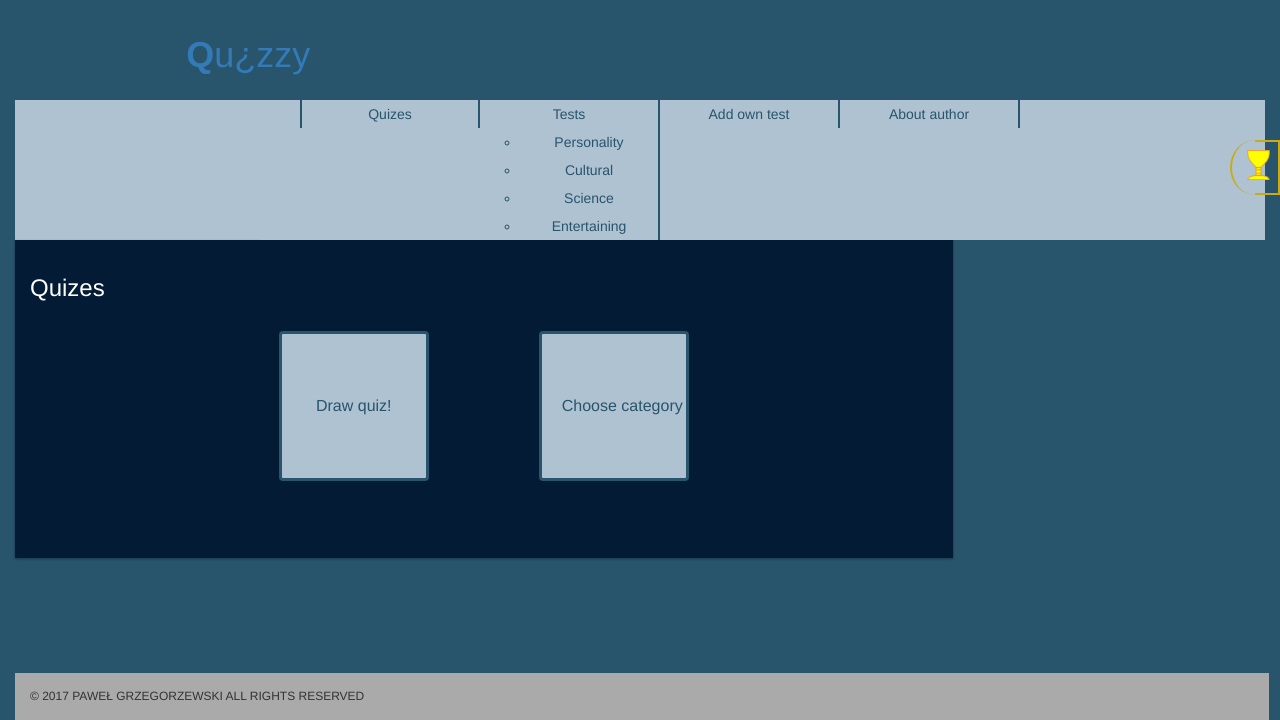
Repository: pgrzegorzewski/quiz
Page: http://localhost/app/quiz.php
These files come from the project's save history. The page is drawn as it stood at one moment and after the next save; the edit follows.
The browser window is 1280 px wide. The pictures show the whole page.
Some web libraries are served in a nearby version. The page is run by PHP 8.4 with error messages shown; the project is at /var/www/html/.

Above is the page before, as saved 2017-04-21 20:25:20.

### htdocs/app/learningapp/app/quiz.php
<!DOCTYPE html>
<html>
<head>
	<meta name="viewport" content="width=device-width, initial-scale=1.0">
	<meta http-equiv="content-type" content="text/html; charset=utf-8">
	<meta charset="utf-8">
	<link rel="stylesheet" href="https://maxcdn.bootstrapcdn.com/bootstrap/3.3.7/css/bootstrap.min.css">
	<script src="https://ajax.googleapis.com/ajax/libs/jquery/3.1.1/jquery.min.js"></script>
	<script src="https://maxcdn.bootstrapcdn.com/bootstrap/3.3.7/js/bootstrap.min.js"></script>
	<link href="https://fonts.googleapis.com/css?family=Lato" rel="stylesheet">
	<link rel="StyleSheet" href="../css/index.css" />
	<link rel="StyleSheet" href="../css/question.css" />
	<link rel="StyleSheet" href="../css/quiz.css" />
	<link rel="StyleSheet" href="../css/side_menu_leaderboard.css" />
	<script type="text/javascript" src="../js/question.js"></script>
	<script type="text/javascript" src="../js/entertaining_test.js"></script>
	<script type="text/javascript" src="../js/side_menu_leaderboard.js"></script>
</head>

<body>

<div class="container-fluid">

	<div class= "sidemenu_2">

	</div>
	<div class= "sidemenu">
		<p style="cursor:pointer"><img src = "../resources/img/trophy.png" height = "50px" onmouseover="openLeaderboard()"/></p> <!-- &#9776; -->
	</div>
	<div id = 'leaderboard' class = 'leaderboard' onmouseleave = "closeLeaderboard()" >
		<a href = "javascript:void(0)" class = "closebtn" onclick = "closeLeaderboard()">&times;</a>
		test 1000pts;
	</div>


	<header class ="header">
		<h1 id="title"><a href ="index.php"><b>Q</b>u¿zzy</a></h1>
	</header>

	<div class="nav">
		<ol>
			<li>
				<a href ='#' id = "visited">Quizes</a>
			</li>
			<li>
				<a href ='#'>Tests</a>
				<ul>
					<li><a href="#">Personality</a></li>
					<li><a href="#">Cultural</a></li>
					<li><a href="#">Science</a></li>
					<li><a href="entertaining_test.php">Entertaining</a></li>
				</ul>
			</li>
			<li>
				<a href ='add_test.php'>Add own test</a>
			</li>
			<li>
				<a href ='#'>About author</a>
			</li>
		</ol>
	</div>

	<section class = "section">
		<div id ="welcome_div">
			<h3>Quizes</h3>

		</div>
		<div class = "row">
			<div class="col-sm-12" id="tiles">
				<?php

				echo "
					<table id = \"tile\">
						<tr>
							<td>
								<button name = '1' id = 'quizButton' class = 'category btn' >Draw quiz!</button>
							</td>
							<td style = \"width:50px\">

							</td>
							<td>
								<button name = '2' id = 'quizButton' class = 'category btn'>Choose category</button>
							</td>
						</tr>
					</table>
				";
				?>
				<br/><br/>

			</div>
		</div>
		<div class ="row">
			<div class="col-sm-12">
				<h4 id="test_title" hidden = "true">Let's begin with the</h4>
			</div>
		</div>
		<div id = "test_questions">

		</div>
		<div class ='row'>
				<div class='col-sm-12' id = 'result_div'>
					<h4 id= 'result_text' hidden = 'true'></h4>
				</div>
		</div>

	</section>
	<div class="footer">
		© 2017 PAWEŁ GRZEGORZEWSKI ALL RIGHTS RESERVED
	</div>
</div>




</body>
</html>

### htdocs/app/learningapp/css/index.css

.container-fluid
{
	min-height: 100%;
	background-color:#28546C;
	width:100%;
}

img{
	padding:10px;
}

#img2{
	padding:3px;
	padding-bottom:12px;
}

html {
    font-family: "Lucida Sans", sans-serif;
    background-color:#28546C;
}

h1, h2, h3 ,h4{
	color: white;
	text-align:ceter;
}


body
{
	height:100%;
	padding-bottom:60px;
	background-color:#28546C;
	margin:0px !important;

}
.page {
  margin-left:auto;
  margin-right:auto;
  width:100%;
}

.title {
	text-align:center;
}

.buttons_next_prev{
	text-align:center;
}


.header {
	width:75%;
	margin:0 auto;
    background-color: #28546C;
    color: #ffffff;
    padding: 15px;
	text-decoration: none;

}

.menu_header {
	width:80%;
    background-color: #CCCCCC;
    padding: 10px;
    color: white;
    text-align: center;
    font-size: 14px;
    box-shadow: 0 1px 3px rgba(0,0,0,0.12), 0 1px 2px rgba(0,0,0,0.24);
	width:auto;
}


.section{

	width: 75%;
	background-color: #031B35;
    padding: 15px;
    color: white;
    text-align: justify;
    font-size: 14px;
    box-shadow: 0 1px 3px rgba(0,0,0,0.12), 0 1px 2px rgba(0,0,0,0.24);
}

td
{
	padding-right:12px;
}


.canvas{

	 width: 500px;
	 height: 300px;
	 color: #FFFFFF;
}

.nav{
	width:100%;
	background-color:#AFC2D1;
	text-align: center;

}

.nav ol
{
	margin:0;
	padding: 0 auto;
	background-color:#AFC2D1;
	list-style:none;
	line-height: 200%;
	display:inline-block;
	vertical-align:middle;
}


ol a
{
	color: #28546C;
	text-decoration:none;
	display:block;

}

ol > li
{
	list-style:none;
	text-align: center;
	width: 180px;
	color: #28546C;
	background-color:#AFC2D1;
	border-right:2px solid #28546C;
	float:left;

}

ol > li:first-child
{
	border-left:2px solid #28546C;
}


.menu a:link, a:visited {
    color: white;
    background-color: #CCCCCC;
	padding: 3px;
	width: width:1200px;;
    text-decoration: none;
    display: inline-block;
}


.menu a:hover, a:active {
    color: white;
	background-color: #999999;
}

.section a:link, a:visited {
    color: #000000;
    background-color: #CCCCCC;
	padding: 3px;
	width: 50px;
    text-decoration: none;
}


.section a:hover, a:active {
    background-color: #999999;
	color: white;
}

.footer {
    background-color: #AAAAAA;
    font-size: 12px;
    padding: 15px;
    bottom: 0;
    position : fixed;
    width:98%

}

.submenu{
	display:none;
}



@media only screen and (min-width: 768px) and (max-width: 922px) {
    .col-m-1 {width: 8.33%;}
    .col-m-2 {width: 16.66%;}
    .col-m-3 {width: 25%;}
    .col-m-4 {width: 33.33%;}
    .col-m-5 {width: 41.66%;}
    .col-m-6 {width: 50%;}
    .col-m-7 {width: 58.33%;}
    .col-m-8 {width: 66.66%;}
    .col-m-9 {width: 75%;}
    .col-m-10 {width: 83.33%;}
    .col-m-11 {width: 91.66%;}
    .col-m-12 {width: 100%;}
}

@media only screen and (min-width: 922px) and (max-width: 1200px) {
    .col-1 {width: 8.33%;}
    .col-2 {width: 16.66%;}
    .col-3 {width: 25%;}
    .col-4 {width: 33.33%;}
    .col-5 {width: 41.66%;}
    .col-6 {width: 50%;}
    .col-7 {width: 58.33%;}
    .col-8 {width: 66.66%;}
    .col-9 {width: 75%;}
    .col-10 {width: 83.33%;}
    .col-11 {width: 91.66%;}
    .col-12 {width: 100%;}
}

@media only screen and (min-width: 1200px){
    .col-1 {width: 8.33%;}
    .col-2 {width: 16.66%;}
    .col-3 {width: 25%;}
    .col-4 {width: 33.33%;}
    .col-5 {width: 41.66%;}
    .col-6 {width: 50%;}
    .col-7 {width: 58.33%;}
    .col-8 {width: 66.66%;}
    .col-9 {width: 75%;}
    .col-10 {width: 83.33%;}
    .col-11 {width: 91.66%;}
    .col-12 {width: 100%;}
}

### htdocs/app/learningapp/css/question.css
#question
{
	text-align: center;

}


#question button{
	min-width: 50px;
	text-align: center;
}

#question th{
	min-width: 50px;
	text-align: center;
}

td, th > #question{
	min-width: 90px;
	padding:10px;
	text-align: center;
}

### htdocs/app/learningapp/css/quiz.css
#quizButton
{
	padding:20px;
}


#tiles
{
	padding:10px;
	z-index:50;
	position:relative;
}

#tile
{
	text-align:center;
	margin-left:auto;
	margin-right:auto;

}

button .clicked
{
	background-color:#6ac65b;
}

#tile  tr  td
{
	width: 150px;
	height: 150px;
}

#tile  tr  td > button
{
	background-color:#AFC2D1;
	color:#28546C;
	width: 150px;
	height: 150px;
	border: 3px solid #28546C;
	font-size:16px;
	z-index:50;
}

#tile  tr  td >button:hover
{
	background-color:#CAAB15;
	color:white;
	width: 150px;
	height: 150px;
	border: 3px solid #28546C;
}

### htdocs/app/learningapp/css/side_menu_leaderboard.css
.leaderboard
{
	height:40%;
	width:0;
	position: fixed;
	z-index: 250;
	top: 140px;
	right: 0;
	border:0px solid #CAAB15;
	background-color:#AFC2D1;
	overflow-x: hidden;
	transition: 0.5s;
	padding-top: 60px;
	hidden:true;
	text-align:center;
}

.leaderboard .closebtn{
	position: absolute;
	top: 0;
	right:5px;
	font-size: 25px;
	margin-right: 0px;
}

.sidemenu
{
	height:55px;
	width:50px;
	border-radius:100%;
	border-left:2px solid #CAAB15;
	position: fixed;
	z-index: 200;
	top: 140px;
	right: 0;
	font-size:20px;
	text-align:center;
}

.sidemenu_2
{
	height:55px;
	width:25px;
	position: fixed;
	z-index: 150;
	top: 140px;
	right: 0;
	border-bottom:2px solid #CAAB15;
	border-top:2px solid #CAAB15;
	border-right:2px solid #CAAB15;
}

### htdocs/app/learningapp/js/question.js

function checkAnswear(button)
{
	if($(button).attr("id") == '1')
		alert("You won");
	else
		alert("nope");
}

### htdocs/app/learningapp/js/side_menu_leaderboard.js
function openLeaderboard()
{
	document.getElementById("leaderboard").style.width = "250px";
	document.getElementById("leaderboard").style.border = "2px solid #CAAB15";

}

function closeLeaderboard()
{
	document.getElementById("leaderboard").style.width = "0px";
	document.getElementById("leaderboard").style.border = "0px solid #CAAB15";
}

Loaded but not shown: htdocs/app/learningapp/js/entertaining_test.js (no copy from this time; the picture is the same without it)

After the next save:
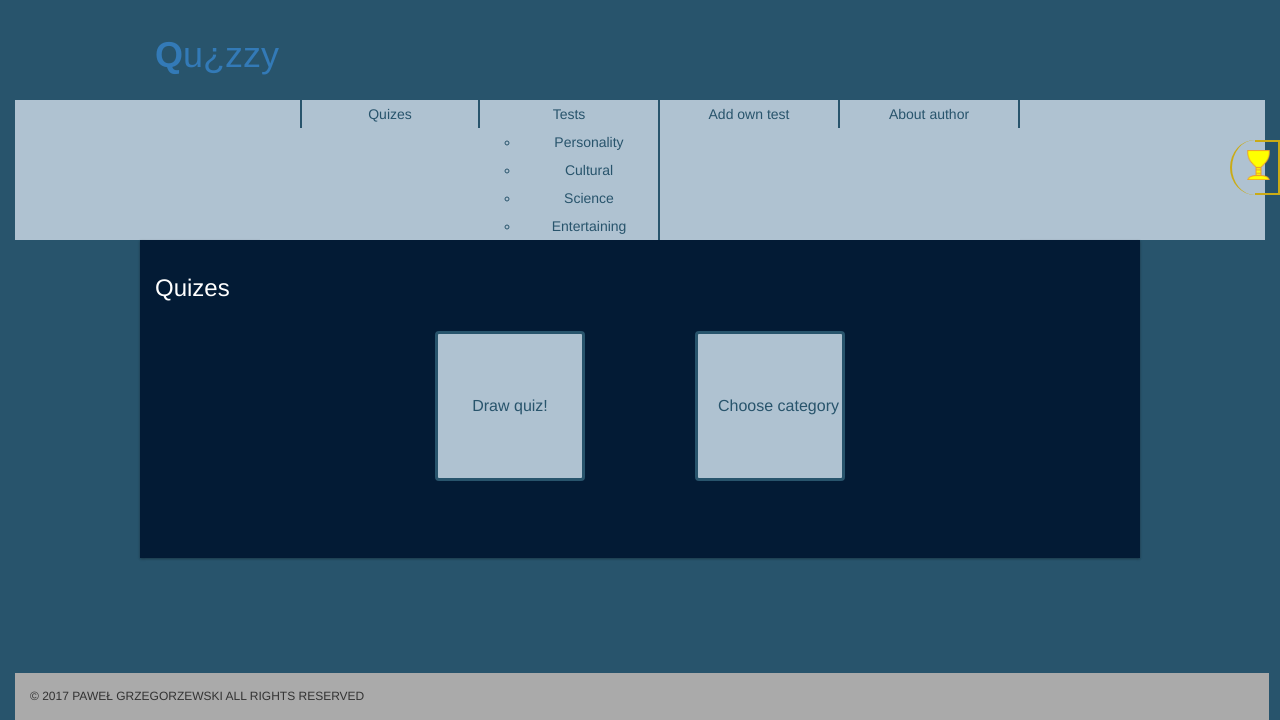
Saved 33 s later.
--- a/htdocs/app/learningapp/css/index.css
+++ b/htdocs/app/learningapp/css/index.css
@@ -50,7 +50,7 @@ body
 
 
 .header {
-	width:75%;
+	width:80%;
 	margin:0 auto;
     background-color: #28546C;
     color: #ffffff;
@@ -73,7 +73,8 @@ body
 
 .section{
 
-	width: 75%;
+	width: 80%;
+	margin:0 auto;
 	background-color: #031B35;
     padding: 15px;
     color: white;
